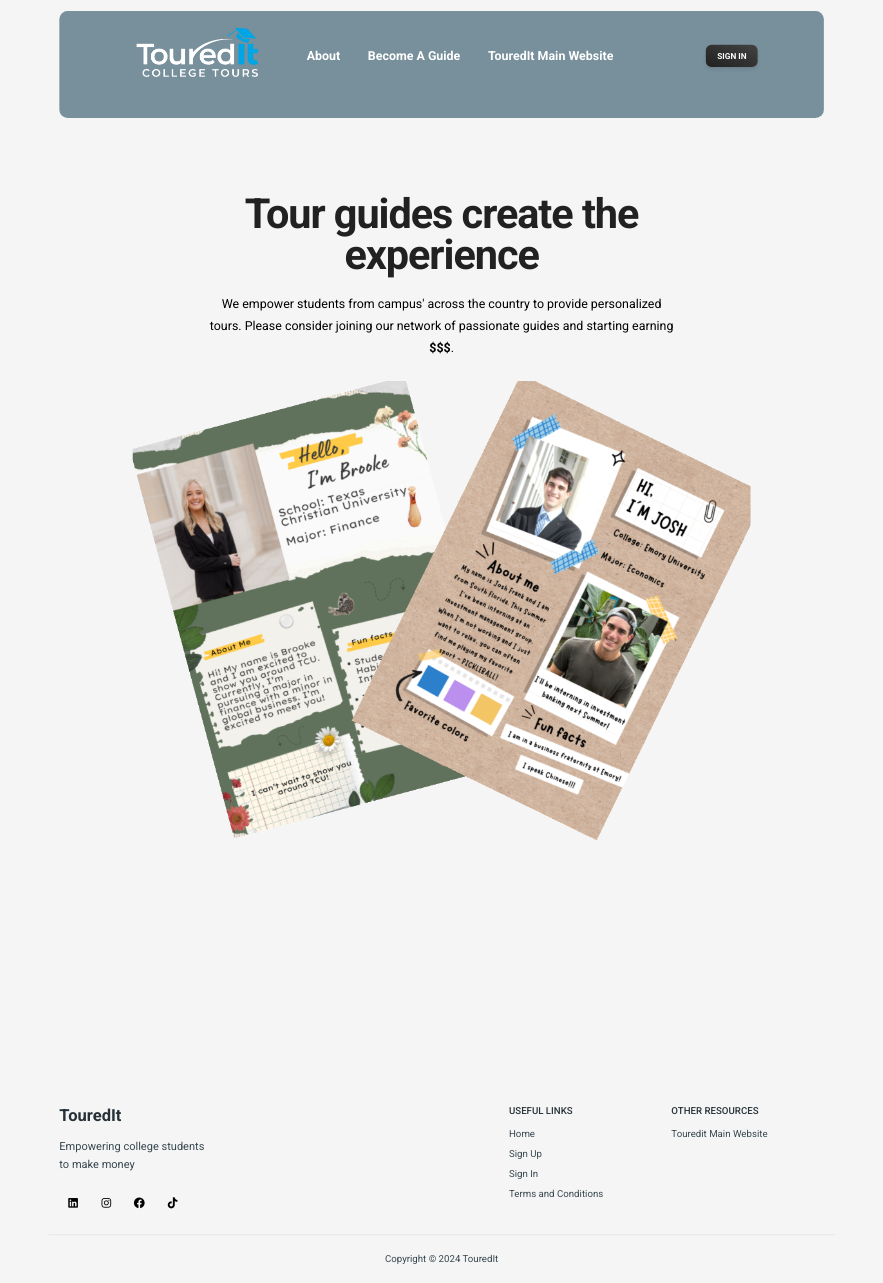
Repository: sammykao/TouredIt-1.0
Page: / (app in frontend_guideFinal/)
The author's editor kept a copy of each file at every save. The page is drawn from the files as they stood at one save, then again after the next save.
The browser window is 1280 px wide. The pictures show the whole page, at 69% of full size.
The project was rebuilt for these pictures with package versions that can differ from the ones it lists, and the page was loaded fresh each time. Also part of the build but not shown: frontend_guideFinal/vite.config.js, frontend_guideFinal/src/tools/layout/simple-footer.jsx, frontend_guideFinal/src/tools/layout/page-title.jsx, frontend_guideFinal/src/cognitoConfig.jsx, frontend_guideFinal/src/pages/guide_signup.jsx, frontend_guideFinal/src/pages/about.jsx, frontend_guideFinal/src/pages/sign-in.jsx, frontend_guideFinal/src/pages/profile.jsx and 4 more.

Above is the page before, as saved 2024-08-07 19:04:58.

After the next save:
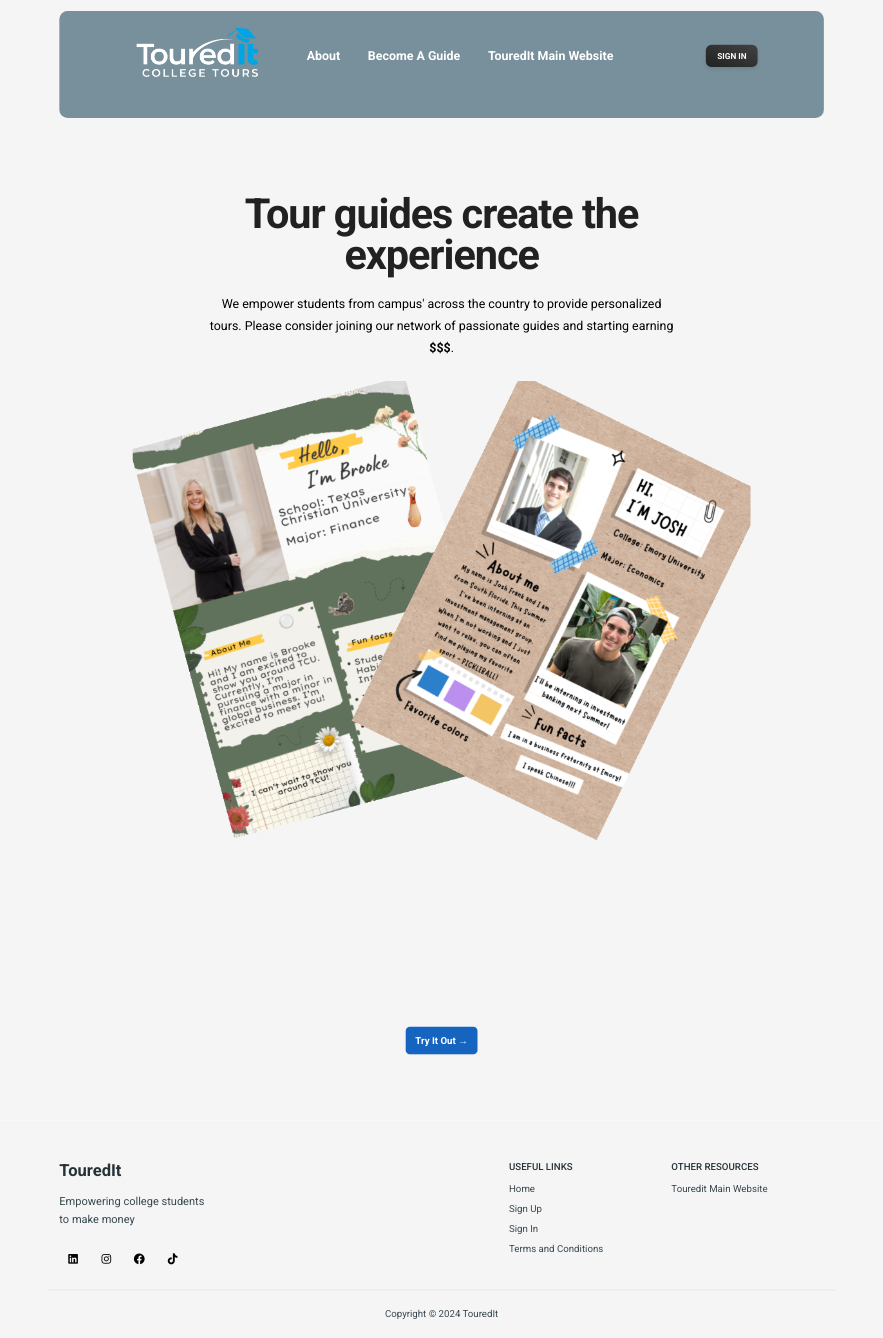
Saved 32 min 44 s later.
--- a/frontend_guideFinal/src/pages/home.jsx
+++ b/frontend_guideFinal/src/pages/home.jsx
@@ -27,6 +27,14 @@ export function Home() {
             />
           </div>
         </div>
+        <div className="mt-10 flex items-center justify-center gap-x-6">
+              <a
+                href="/find-match"
+                className="rounded-md bg-blue-800 px-3.5 py-2.5 text-sm font-semibold text-white shadow-sm hover:bg-indigo-500 focus-visible:outline focus-visible:outline-2 focus-visible:outline-offset-2 focus-visible:outline-indigo-600"
+              >
+                Try It Out <span aria-hidden="true">→</span>
+              </a>
+        </div>
       </div>
     </>
   );
